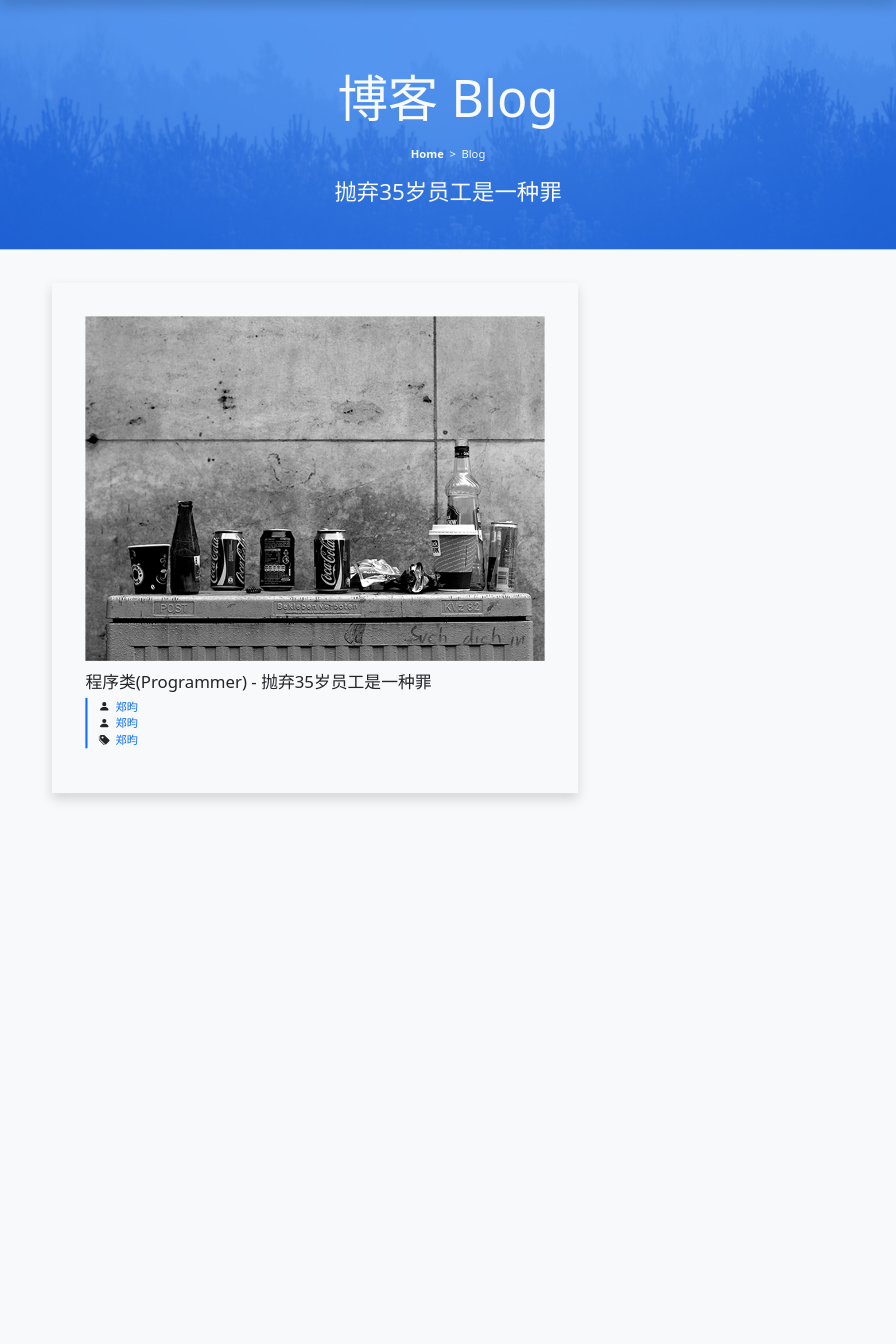
Repository: herjuandlonely/github.io
Page: index-blog.html
These files come from the project's save history. The page is drawn as it stood at one moment and after the next save; the edit follows.
The browser window is 1280 px wide. The pictures show the part of the page from y = 0 to 1920 px (the page is 3000 px tall), at 70% of full size.
Backgrounds fixed to the window are drawn as part of the page.

Above is the page before, as saved 2022-06-30 17:36:25.

### index-blog.html
<!DOCTYPE html>
<html lang="en">
<head>
    <meta charset="UTF-8">
    <meta http-equiv="X-UA-Compatible" content="IE=edge">
    <meta name="viewport" content="width=device-width, initial-scale=1.0">
    <link rel="stylesheet" href="./bootstrap-4.6.1-dist/css/bootstrap.min.css">
    <link rel="stylesheet" href="./CSS/index-blog.css">
    <link rel="stylesheet" href="./CSS/normalize.css">
    <link rel="stylesheet" href="./icon/font_3484823_t6q6q64gri/iconfont.css">
    <script src="./bootstrap-4.6.1-dist/js/bootstrap.bundle.min.js"></script>
    <title>何亚Herju- Blog -抛弃35岁员工是一种罪</title>
</head>
<body style="height: 3000px;" class=" bg-light">
    <!-- nav start -->
    <div class="container-fluid px-0 shadow navbarControl">
        <nav class="navbar navbar-expand-md navbar-dark navbarBg">
            <div class="container-fluid px-4">
                <a href="index.html" class="navbar-brand ms-4">Herju's Home</a>
                <button class="navbar-toggler" data-bs-toggle="collapse" data-bs-target="#foldBtn">
                    <span class="navbar-toggler-icon"></span>
                </button>
                <div class="collapse navbar-collapse" id="foldBtn">
                    <ul class="navbar-nav ms-auto me-4 navbarCli">
                        <li class="nav-item text-center">
                            <a class="nav-link fw-lighter" href="index.html#bk">博客 Blog</a>
                        </li>
                        <li class="nav-item text-center">
                            <a class="nav-link fw-lighter" href="index.html#jn">技能 Skill</a>
                        </li>
                        <li class="nav-item text-center">
                            <a class="nav-link fw-lighter" href="index.html#ab">关于 About</a>
                        </li>
                        <li class="nav-item text-center">
                            <a class="nav-link fw-lighter" href="index.html#lx">联系我 Call</a>
                        </li>
                    </ul>
                </div>
            </div>
        </nav>
    </div>
    <!-- nav end -->

    <!-- baneer start -->
    <div class="banner position-relative">
        <div class=" position-absolute w-100 h-100 bg-primary" style="opacity: .7;"></div>
        <div class=" position-absolute w-100 h-100 py-5" style="z-index: 3;">
            <h1 class=" text-light text-center display-2 mb-0">博客 Blog</h1>
            <nav class=" text-light mbShit mt-5 mt-md-4" >
                <ol class="breadcrumb d-flex justify-content-center">
                    <li class="breadcrumb-item">
                        <a href="index.html" class="text-light text-decoration-none fw-bold">Home</a>
                    </li>
                    <li class="breadcrumb-item">Blog</li>
                </ol>
            </nav>
            <h1 class="text-center text-light mt-5 mt-md-4">抛弃35岁员工是一种罪</h1>
        </div>
    </div>
    <!-- baneer start -->

    <!-- content start -->
    <div class="container">
        <div class="row py-5">
            <div class="col-lg-8 col-12 px-1">
                <div class="shadow bg-light p-5">
                    <img src="./image/piqsels.com-id-fggmp.png" class="img-fluid">
                    <h4 class=" mt-3">
                        程序类(Programmer) - 抛弃35岁员工是一种罪
                    </h4>
                    <ul class='border-start border-3 border-primary list-unstyled'>
                        <li class=" ms-3">
                            <a href="#" class=" text-decoration-none d-flex align-items-center">
                                <svg xmlns="http://www.w3.org/2000/svg" width="16" height="16" fill="currentColor" class="bi bi-person-fill text-dark me-2" viewBox="0 0 16 16">
                                    <path d="M3 14s-1 0-1-1 1-4 6-4 6 3 6 4-1 1-1 1H3zm5-6a3 3 0 1 0 0-6 3 3 0 0 0 0 6z"/>
                                  </svg>
                                郑昀
                            </a>
                        </li>
                        <li class=" ms-3">
                            <a href="#" class=" text-decoration-none d-flex align-items-center">
                                <svg xmlns="http://www.w3.org/2000/svg" width="16" height="16" fill="currentColor" class="bi bi-person-fill text-dark me-2" viewBox="0 0 16 16">
                                    <path d="M3 14s-1 0-1-1 1-4 6-4 6 3 6 4-1 1-1 1H3zm5-6a3 3 0 1 0 0-6 3 3 0 0 0 0 6z"/>
                                  </svg>
                                郑昀
                            </a>
                        </li>
                        <li class=" ms-3">
                            <a href="#" class=" text-decoration-none d-flex align-items-center">
                                <svg xmlns="http://www.w3.org/2000/svg" width="16" height="16" fill="currentColor" class="bi bi-tags-fill text-dark me-2" viewBox="0 0 16 16">
                                    <path d="M2 2a1 1 0 0 1 1-1h4.586a1 1 0 0 1 .707.293l7 7a1 1 0 0 1 0 1.414l-4.586 4.586a1 1 0 0 1-1.414 0l-7-7A1 1 0 0 1 2 6.586V2zm3.5 4a1.5 1.5 0 1 0 0-3 1.5 1.5 0 0 0 0 3z"/>
                                    <path d="M1.293 7.793A1 1 0 0 1 1 7.086V2a1 1 0 0 0-1 1v4.586a1 1 0 0 0 .293.707l7 7a1 1 0 0 0 1.414 0l.043-.043-7.457-7.457z"/>
                                  </svg>
                                郑昀
                            </a>
                        </li>
                    </ul>
                </div>
            </div>
            <div class="col-lg-4"></div>
        </div>
    </div>
    <!-- content end -->

    <script src="./JS/index-blog.js"></script>
</body>
</html>

### CSS/index-blog.css
.navbarControl{
    transition: .3s;
    position: fixed;
    top: 0;
    left: 0;
    z-index: 999;
}
.navbarControl.showAndHide{
    top: -56px;
}
.navbarControl a{
    cursor: pointer;
}
.navbarBg{
    background-color: #161d27;
}
.banner{
    background: url(../image/overlay-bg.jpg) no-repeat center -180px;
    height: 356px;
    background-attachment: fixed;
    background-size: cover;
}
.mbShit{
    --bs-breadcrumb-divider: '>';
}
.mbShit ol .breadcrumb-item::before{
    color: #f8f9fa !important;
}

### icon/font_3484823_t6q6q64gri/iconfont.css
@font-face {
  font-family: "iconfont"; /* Project id 3484823 */
  src: url('iconfont.woff2?t=1656149880118') format('woff2'),
       url('iconfont.woff?t=1656149880118') format('woff'),
       url('iconfont.ttf?t=1656149880118') format('truetype');
}

.iconfont {
  font-family: "iconfont" !important;
  font-size: 16px;
  font-style: normal;
  -webkit-font-smoothing: antialiased;
  -moz-osx-font-smoothing: grayscale;
}

.icon-QQ:before {
  content: "\e882";
}

.icon-weixin:before {
  content: "\e8bb";
}

### JS/index-blog.js
(function(){
    const myBlog = {
        $: (ele) => {
            return document.querySelectorAll(ele);
        },
        "isHide": function () {
            let oldScrollTop = 0;
            let isHide = this.$('.navbarControl')[0];
            const navbarCli = this.$('.navbarCli')[0].children;

            function scrollHide () {
                let scrollTop = window.pageYOffset || this.document.documentElement.scrollTop || this.document.body.scrollTop;
                let scrollSet = scrollTop - oldScrollTop;
                oldScrollTop = scrollTop;
                if (scrollSet < 0) {
                    isHide.classList.remove('showAndHide');
                } else {
                    isHide.classList.add('showAndHide');
                    foldBtn.classList.remove('show');
                }
            }

            window.addEventListener("scroll", scrollHide);

            for (let i = 0; i < navbarCli.length; i++) {
                navbarCli[i].onclick = function () {
                    window.removeEventListener("scroll", scrollHide);
                    isHide.classList.add('showAndHide');
                    foldBtn.classList.remove('show');
                    setTimeout(() => {
                        window.addEventListener("scroll", scrollHide);
                    }, 800)
                };
                navbarCli[i].ontouchend = function () {
                    window.removeEventListener("scroll", scrollHide);
                    isHide.classList.add('showAndHide');
                    foldBtn.classList.remove('show');
                    setTimeout(() => {
                        window.addEventListener("scroll", scrollHide);
                    }, 800)
                };
            };

        }
    }

    myBlog.isHide();
})()

Loaded but not shown: bootstrap-4.6.1-dist/css/bootstrap.min.css (library); CSS/normalize.css (library); bootstrap-4.6.1-dist/js/bootstrap.bundle.min.js (library)

After the next save:
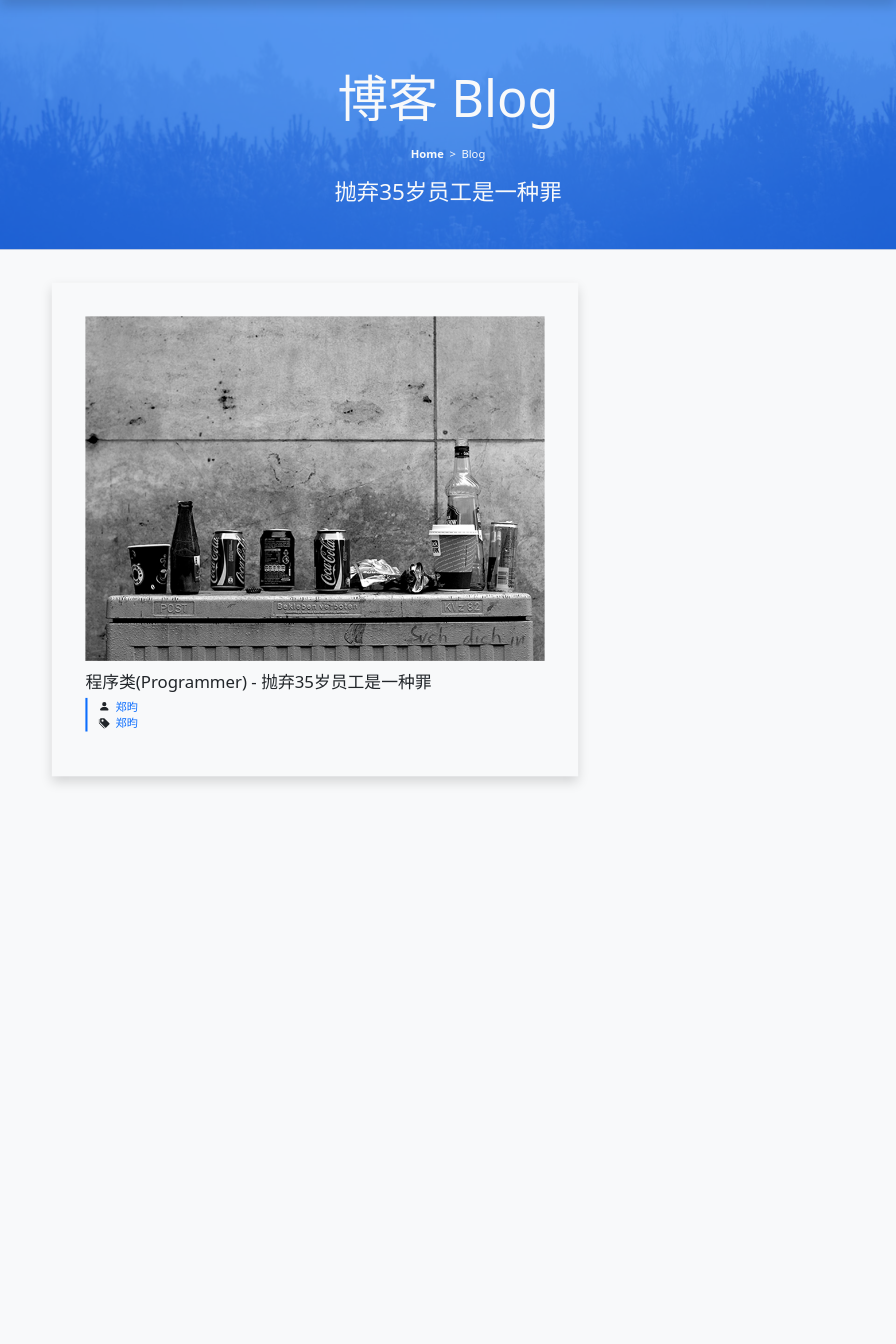
Saved 18 s later.
--- a/index-blog.html
+++ b/index-blog.html
@@ -79,14 +79,6 @@
                         </li>
                         <li class=" ms-3">
                             <a href="#" class=" text-decoration-none d-flex align-items-center">
-                                <svg xmlns="http://www.w3.org/2000/svg" width="16" height="16" fill="currentColor" class="bi bi-person-fill text-dark me-2" viewBox="0 0 16 16">
-                                    <path d="M3 14s-1 0-1-1 1-4 6-4 6 3 6 4-1 1-1 1H3zm5-6a3 3 0 1 0 0-6 3 3 0 0 0 0 6z"/>
-                                  </svg>
-                                郑昀
-                            </a>
-                        </li>
-                        <li class=" ms-3">
-                            <a href="#" class=" text-decoration-none d-flex align-items-center">
                                 <svg xmlns="http://www.w3.org/2000/svg" width="16" height="16" fill="currentColor" class="bi bi-tags-fill text-dark me-2" viewBox="0 0 16 16">
                                     <path d="M2 2a1 1 0 0 1 1-1h4.586a1 1 0 0 1 .707.293l7 7a1 1 0 0 1 0 1.414l-4.586 4.586a1 1 0 0 1-1.414 0l-7-7A1 1 0 0 1 2 6.586V2zm3.5 4a1.5 1.5 0 1 0 0-3 1.5 1.5 0 0 0 0 3z"/>
                                     <path d="M1.293 7.793A1 1 0 0 1 1 7.086V2a1 1 0 0 0-1 1v4.586a1 1 0 0 0 .293.707l7 7a1 1 0 0 0 1.414 0l.043-.043-7.457-7.457z"/>
